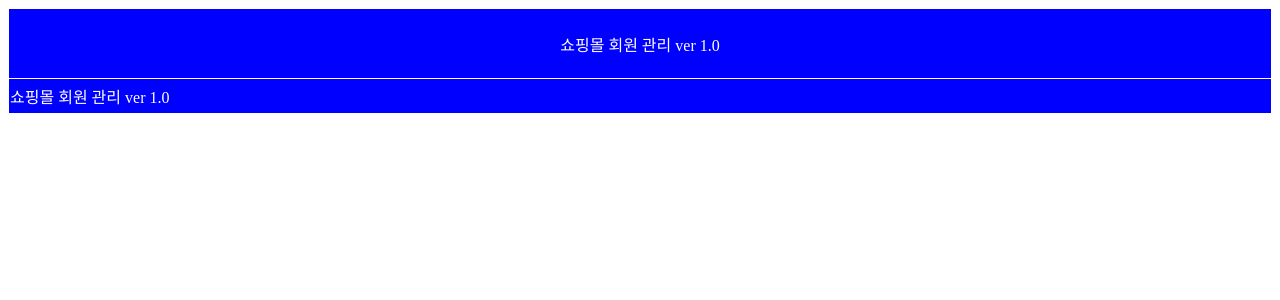
Repository: choigobin/Programming
Page: http://localhost/HRD1118/
The author's editor kept a copy of each file at every save. The page is drawn from the files as they stood at one save, then again after the next save.
The browser window is 1280 px wide. The pictures show the whole page.
The page is served by Tomcat 9. Other server files are loaded and not shown.

Above is the page before, as saved 2019-11-18 02:50:22.

### YangJung/workspace/HRD1118/WebContent/index.jsp
<%@ page language="java" contentType="text/html; charset=UTF-8"
    pageEncoding="UTF-8"%>
<html>
<head>
<style>
table {
	height: 100%; width:100%;
	border-collapse: collapse;
	border: solid white 1px;
	}
tr,td{
	border: solid white 1px;
	}
</style>
<meta charset="UTF-8">
<title>Insert title here</title>
</head>
<body>
<table>
<jsp:include page="header.jsp"/>
<jsp:include page="nav.jsp"/>
<tr>
<td>

</td>
</tr>
</table>
</body>
</html>

### YangJung/workspace/HRD1118/WebContent/header.jsp
<%@ page language="java" contentType="text/html; charset=UTF-8"
    pageEncoding="UTF-8"%>
<tr height="10%">
<td bgcolor="blue" align="center">
<span style="color: white; font-size:'20px';">쇼핑몰 회원 관리 ver 1.0</span>
</td>
</tr>

### YangJung/workspace/HRD1118/WebContent/nav.jsp
<%@ page language="java" contentType="text/html; charset=UTF-8"
    pageEncoding="UTF-8"%>
<tr height="5%">
<td bgcolor="blue" align="left">
<span style="color: white;">쇼핑몰 회원 관리 ver 1.0</span>
</td>
</tr>

After the next save:
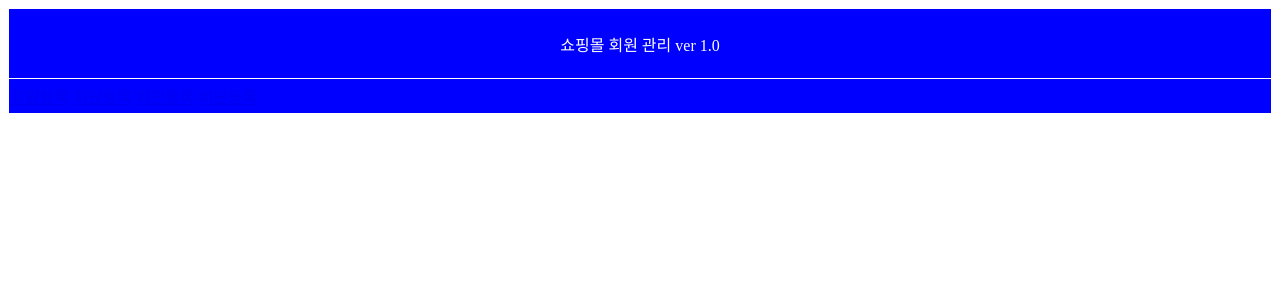
Saved 69 min 26 s later.
--- a/YangJung/workspace/HRD1118/WebContent/nav.jsp
+++ b/YangJung/workspace/HRD1118/WebContent/nav.jsp
@@ -2,6 +2,11 @@
     pageEncoding="UTF-8"%>
 <tr height="5%">
 <td bgcolor="blue" align="left">
-<span style="color: white;">쇼핑몰 회원 관리 ver 1.0</span>
+<span style="color: white;">
+	<a href="#">회원등록</a>
+	<a href="#">회원등록</a>
+	<a href="#">회원등록</a>
+	<a href="#">회원등록</a>
+</span>
 </td>
 </tr>
